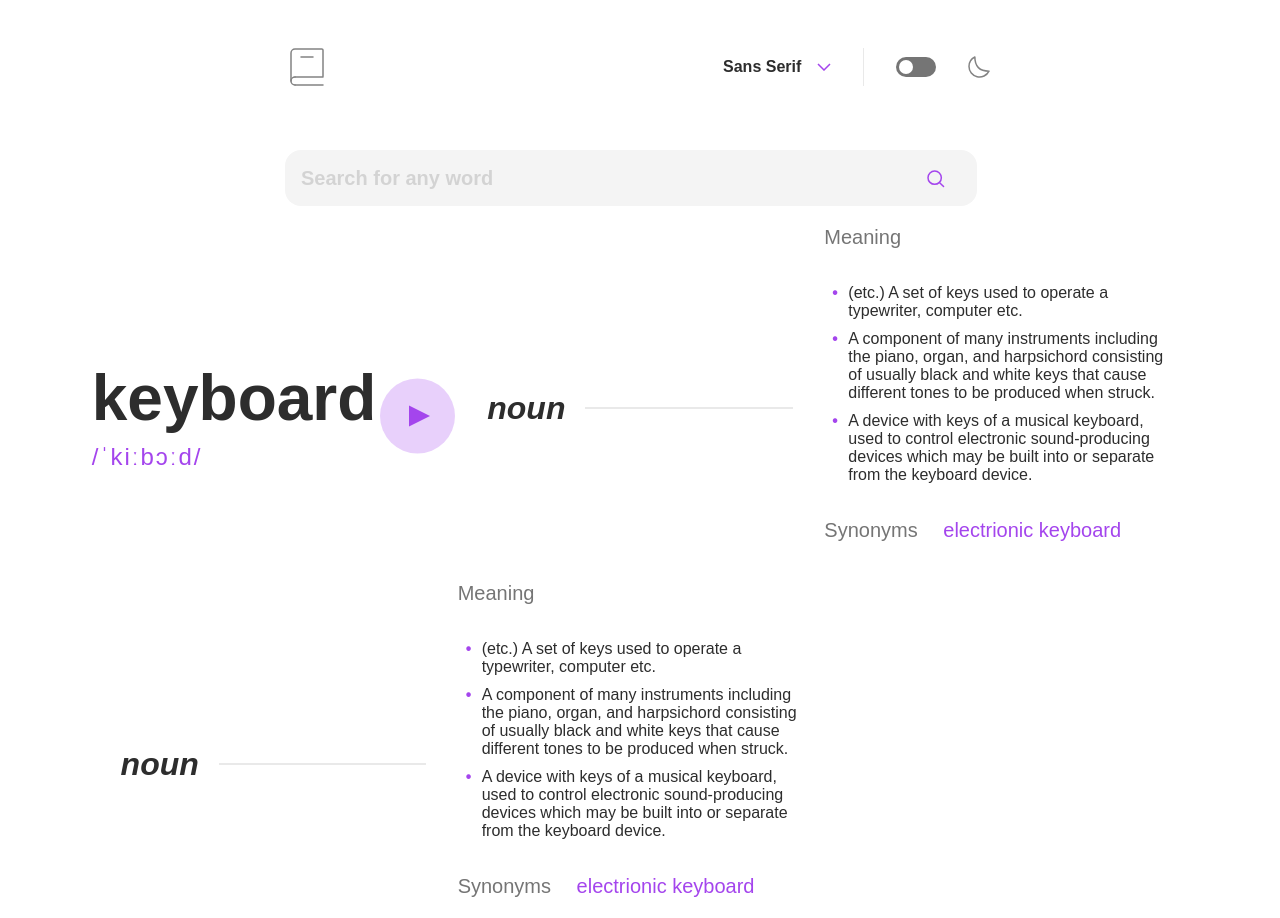
Repository: Arkitecth/dictionary-app
Page: index.html
These files come from the project's save history. The page is drawn as it stood at one moment and after the next save; the edit follows.
The browser window is 1280 px wide. The pictures show the whole page.

Above is the page before, as saved 2023-07-20 16:39:16.

After the next save:
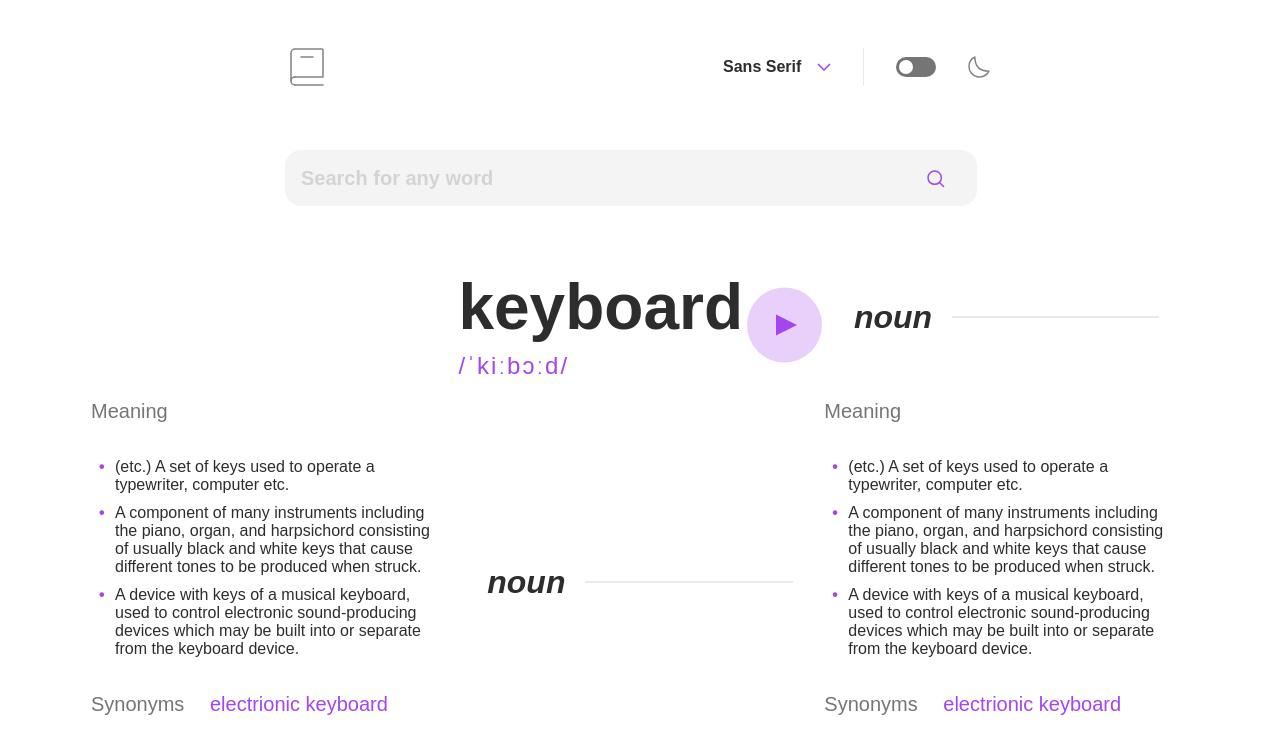
Saved 26 s later.
--- a/styles.css
+++ b/styles.css
@@ -176,6 +176,7 @@
     margin-top: 4rem;
     display: flex;
     justify-content: space-around;
+    grid-column: 2;
 }
 .word-group h1 {
     font-size: 4rem;
